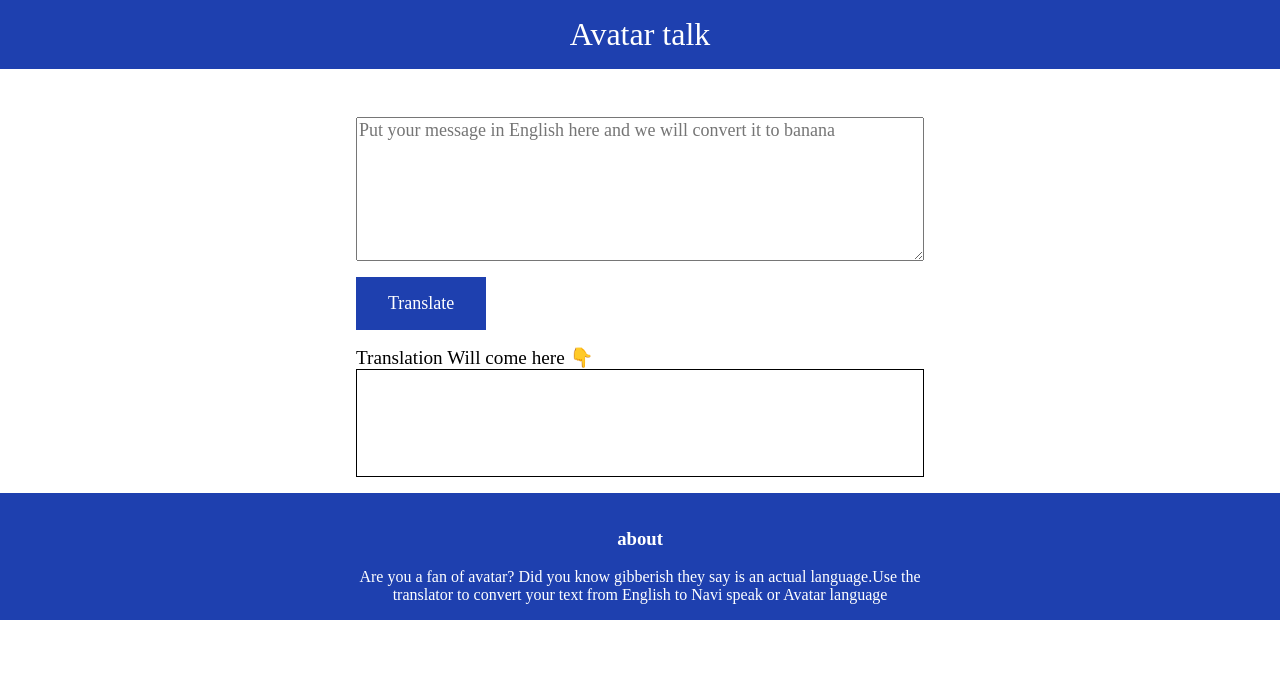
Repository: sohan2503001/Avator-speak
Page: index.html
The author's editor kept a copy of each file at every save. The page is drawn from the files as they stood at one save, then again after a run of saves.
The browser window is 1280 px wide. The pictures show the whole page.

Above is the page before, as saved 2021-04-21 13:02:05.

### index.html
<!DOCTYPE html>
<html lang="en">

<head>
    <meta charset="UTF-8">
    <meta http-equiv="X-UA-Compatible" content="IE=edge">
    <meta name="viewport" content="width=device-width, initial-scale=1.0">
    <title>Avatar Speak</title>
    <link rel="stylesheet" href="style.css">
</head>

<body>
    <nav>
        <div class="head">Avatar talk</div>
    </nav>

    <main>
        <textarea id="txt-input"
            placeholder="Put your message in English here and we will convert it to banana"></textarea>
        <button id="btn-translate">Translate</button>
        <div style="font-size: larger;">Translation Will come here 👇</div>
        <div id="output"></div>
    </main>

    <footer class="footer">
        <h3 >about</h3>
        <p >Are you a fan of avatar? Did you know gibberish they
            say is an actual language.Use the translator to convert
            your text from English to Navi speak or Avatar language</p>
    </footer>
    <script src="app.js" type="text/javascript"></script>
</body>

</html>

### style.css
@import url('https://fonts.googleapis.com/css2?family=Ubuntu+Mono:ital@1&display=swap');

* {
    box-sizing: border-box;
}

:root{
    --primary-color:#1E40AF;
    --width-break:600px;
    --secondary-color:white;
}

body{
    margin: 0;
    font-family: 'Ubuntu' , cursive;
}

/**header**/
nav{
    background-color: var(--primary-color);
    text-align: center;
    margin: 0;
}

.head{
    font-size: 2rem;
    padding: 1rem;
    color: var(--secondary-color);
}

/**Center**/
main{
    margin: auto;
    padding: 1rem;
    max-width: var(--width-break);
}

textarea{
    box-sizing: border-box;
    width: 100%;
    min-height: 20vh;
    display: block;
    margin-top: 2rem;
    font-family: inherit;
    font-size: large;
}

#btn-translate{
    padding: 1rem 2rem;
    margin: 1rem 0rem;
    background-color: var(--primary-color);
    border: none;
    color: var(--secondary-color);
    font-family: 'Ubuntu' , cursive;
    font-size: large;
}

#output{
    box-sizing: border-box;
    border: 1px solid black;
    min-height: 15vh;
    max-height: 20vh;
    width: 100%;
    font-size: large;
}

/**footer**/
footer{
    background-color: var(--primary-color);
    margin: 0;
    padding: 1rem;
    width: 100%;
    bottom: 0;
    text-align: center;
}

.footer h3{
    color: var(--secondary-color);
}

footer p{
    color: var(--secondary-color);
    margin: auto;
    max-width: var(--width-break);
}

### app.js
var btnTranslate = document.querySelector("#btn-translate");
var txtInput = document.querySelector("#txt-input");
var outputDiv = document.querySelector("#output");

var serverURL = "https://api.funtranslations.com/translate/navi.json"

function getTranslationURL(text) {
    return serverURL + "?" + "text=" + text
}

function clickHandler() {
    var inputText = txtInput.value;
    fetch(getTranslationURL(inputText))
        .then(response => response.json())
        .then(json => {
            var translatedText = json.contents.translated;
            outputDiv.innerHTML = translatedText;
        })
};

btnTranslate.addEventListener("click", clickHandler);

After the next 3 saves:
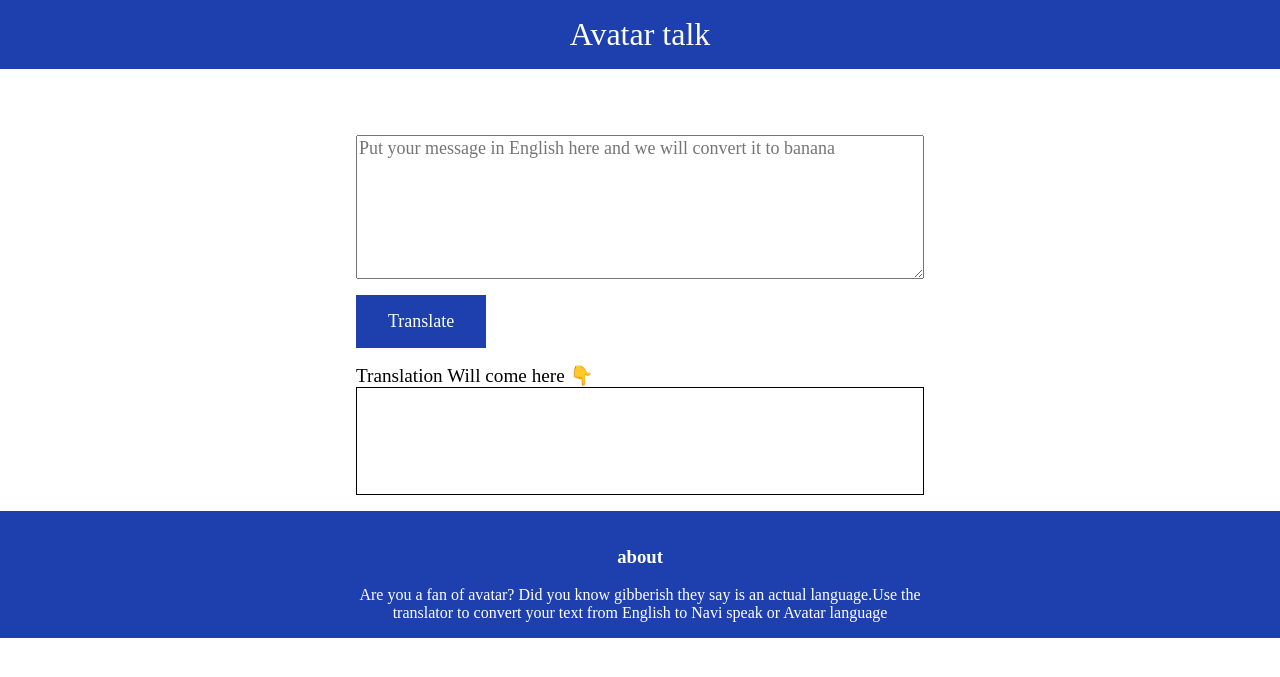
The 3 saves are shown as one change because they came seconds apart.
The last was saved 23 s later.
--- a/index.html
+++ b/index.html
@@ -15,6 +15,7 @@
     </nav>
 
     <main>
+        <img src="" alt="" srcset="">
         <textarea id="txt-input"
             placeholder="Put your message in English here and we will convert it to banana"></textarea>
         <button id="btn-translate">Translate</button>
